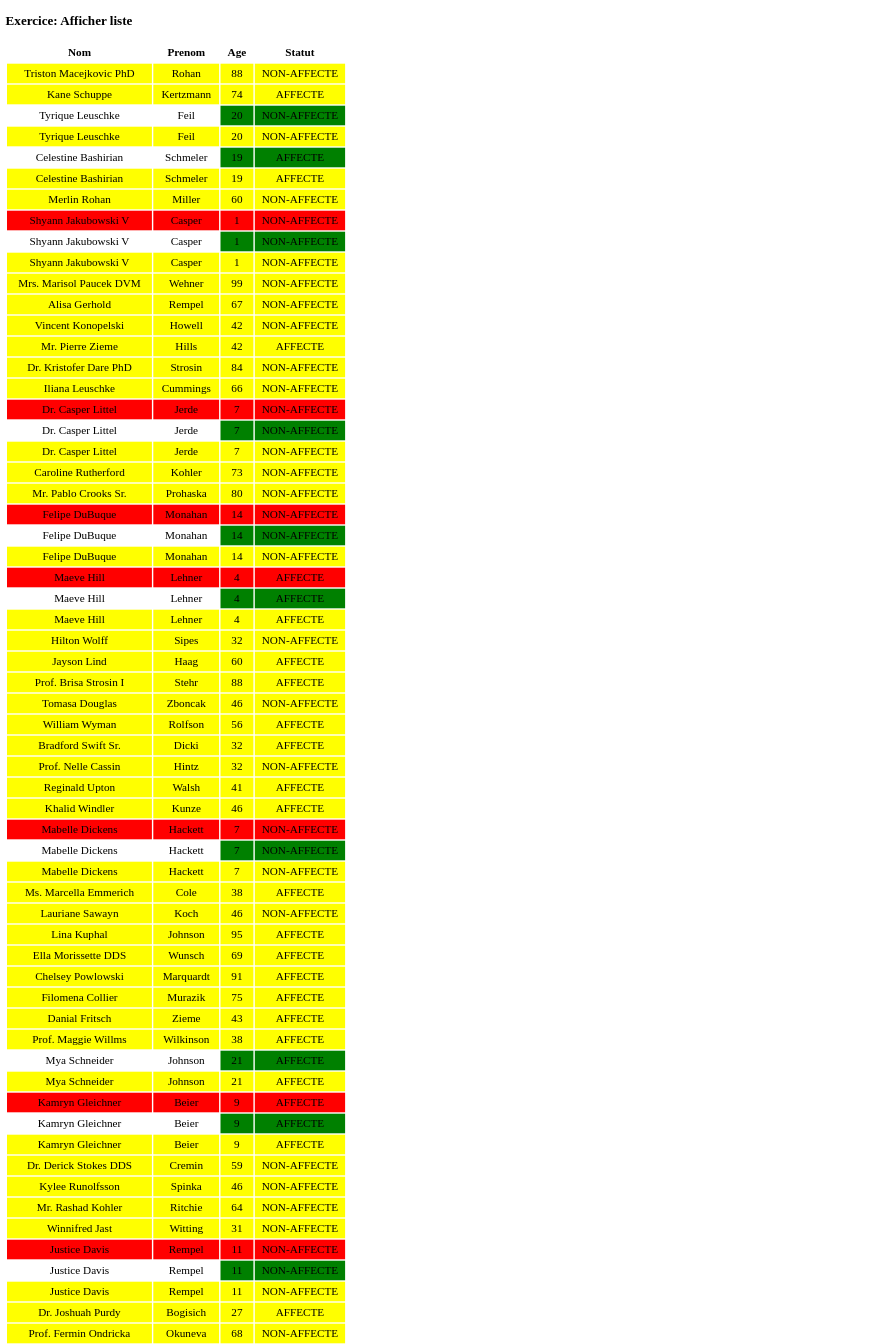
Repository: Bfabien99/PHPREPO
Page: http://localhost/
The author's editor kept a copy of each file at every save. The page is drawn from the files as they stood at one save, then again after a run of saves.
The browser window is 1280 px wide. The pictures show the part of the page from y = 0 to 1920 px (the page is 4029 px tall), at 70% of full size.
The page is run by PHP 8.4 with error messages shown; the project is at /var/www/html/.

Above is the page before, as saved 2021-12-10 10:47:26.

### MakeFakeData/src/index.php
<?php
require_once '../vendor/autoload.php';


$faker = Faker\Factory::create();
$i = 0;
$list = [];

while($i<= 100) {

	$person = [];
	$person["nom"] = $faker->name;
	$person["prenom"] = $faker->lastName;
	$person["age"] = $faker->numberBetween($min=1,$max=99);
	$person["statut"] = $faker->randomElement(["AFFECTE","NON-AFFECTE"]);
	$list[] = $person;
	$i++;
}
?>
<!DOCTYPE html>
<html lang="en">
<head>
    <meta charset="UTF-8">
    <meta http-equiv="X-UA-Compatible" content="IE=edge">
    <meta name="viewport" content="width=device-width, initial-scale=1.0">
    <title>Document</title>
    <style>
        thead{
            font-weight:bold;
        }

        td{
            padding:5px 10px;
            text-align:center;
        }

        td.red{
            background-color:red;
        }
        td.green{
            background-color: green;
        }
        td.yellow{
            background-color:yellow;
        }
    </style>
</head>
<body>
    <?php
        echo "<h3>Exercice: Afficher liste</h3>";
        $id;
        // $i=0;
        echo"<table><thead><tr><td>Nom</td><td>Prenom</td><td>Age</td><td>Statut</td></tr></thead>";
        echo"<tbody>";
        foreach ($list as $key=>$value) {
            // if($value["statut"]!="NON-AFFECTE"){
            // echo"<tr>";
            // echo "<td>".$value["nom"]."</td>";
            // echo "<td>".$value["prenom"]."</td>";
            // echo "<td>".$value["age"]."</td>";
            // echo "<td>".$value["statut"]."</td>";
            // echo"</tr>";
            // }
            switch ($value["age"]) {
                case $value["age"]>0 && $value["age"]<18:
                    echo '<tr><td class="red">'.$value["nom"].'</td>
                    <td class="red">'.$value["prenom"].'</td>
                    <td class="red">'.$value["age"].'</td>
                    <td class="red">'.$value["statut"].'</td>
                    </tr>';

                case $value["age"]>18 && $value["age"]<25:
                    echo '<trclass="green"><td >'.$value["nom"].'</td>
                    <td >'.$value["prenom"].'</td>
                    <td class="green">'.$value["age"].'</td>
                    <td class="green">'.$value["statut"].'</td>
                    </trclass=>';

                case $value["age"] > 25:
                    echo '<tr><td class="yellow">'.$value["nom"].'</td>
                    <td class="yellow">'.$value["prenom"].'</td>
                    <td class="yellow">'.$value["age"].'</td>
                    <td class="yellow">'.$value["statut"].'</td>
                    </tr>';
                    # code...
                    break;

                default:
                    # code...
                    break;
            }
            # code...
        }


        echo"</tbody></table>";
    ?>
</body>
</html>

After the next 2 saves:
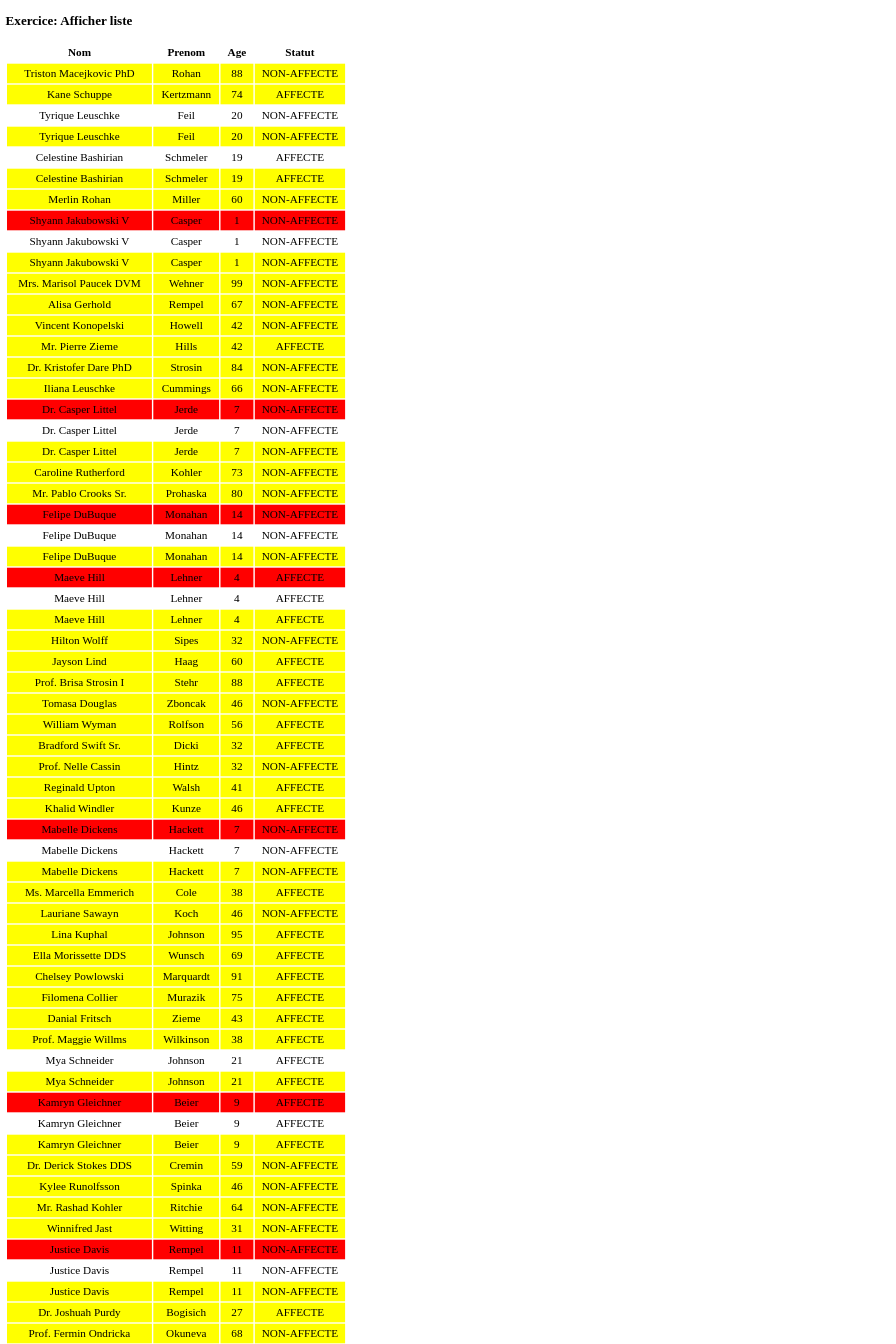
The 2 saves are shown as one change because they came seconds apart.
The last was saved 9 s later.
--- a/MakeFakeData/src/index.php
+++ b/MakeFakeData/src/index.php
@@ -72,8 +72,8 @@ while($i<= 100) {
                 case $value["age"]>18 && $value["age"]<25:
                     echo '<trclass="green"><td >'.$value["nom"].'</td>
                     <td >'.$value["prenom"].'</td>
-                    <td class="green">'.$value["age"].'</td>
-                    <td class="green">'.$value["statut"].'</td>
+                    <td >'.$value["age"].'</td>
+                    <td >'.$value["statut"].'</td>
                     </trclass=>';
 
                 case $value["age"] > 25:
